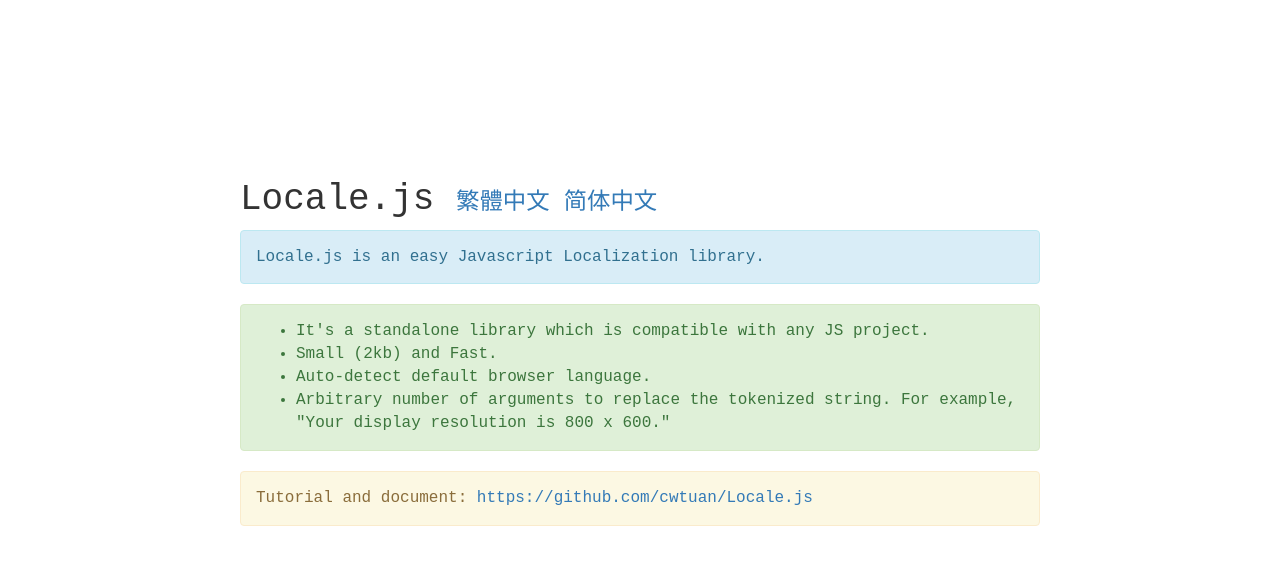
Repository: cwtuan/Locale.js
Page: example/index.html
The author's editor kept a record of every edit. The page is drawn from the files as they stood at one moment, then again after the next edit.
The browser window is 1280 px wide. The pictures show the whole page.
Some web libraries are served in a nearby version.

Above is the page before.

### example/index.html
<!DOCTYPE html>
<html>
<title>Locale.js Demo</title>

<head>
    <meta http-equiv="Content-Type" content="text/html; charset=utf-8">

    <link href="css/demo.css" rel="stylesheet" type="text/css">
    <link href="//cdnjs.cloudflare.com/ajax/libs/twitter-bootstrap/3.2.0/css/bootstrap.min.css" rel="stylesheet" type="text/css">

    <!--<script src="../dist/locale.min.js"></script>-->
    <script src="../locale.js"></script>
    <script src="js/demo.js"></script>

    <script type="text/javascript">
        Locale.setLanguageUrls(['langs/lang_en_US.txt', 'langs/lang_zh_TW.txt', 'langs/lang_zh_TW.txt']);
        window.onload = function() {
            demo(); // defined in demo.js
        };
    </script>
</head>

<body>

    <div id="main">
        <h1>Locale.js
            <small>

               <a href="#" onClick="demo('zh_TW');">繁體中文</a>
               <a href="#" onClick="demo('zh_CN');">简体中文</a>

            </small>
        </h1>

        <div id="content" style="display:none">
            <div id="firstElement" class="alert alert-info"></div>
            <div id="sencodElement" class="alert alert-success"></div>
            <div id="thirdElement" class="alert alert-warning"></div>
        </div>




    </div>

    <div id="loadingMask" style="display:none">
        <img src="images/loading.gif" />
    </div>

</body>

</html>

### example/css/demo.css
#main {
	font-size: 16px;
	width: 800px;
	height: 400px;
	position: absolute;
	left: 50%;
	top: 50%;
	margin-top: -200px;
	margin-left: -400px;
	font-family: Monospace, "Times New Roman", Times, serif;
}

### locale.js
/*
@author Tony Tuan <dmitrychleck@gmail.com>
@url https://github.com/chleck/locale-js

Licensed under the Apache License, Version 2.0 (the "License");
you may not use this file except in compliance with the License.
You may obtain a copy of the License at

    http://www.apache.org/licenses/LICENSE-2.0

Unless required by applicable law or agreed to in writing, software
distributed under the License is distributed on an "AS IS" BASIS,
WITHOUT WARRANTIES OR CONDITIONS OF ANY KIND, either express or implied.
See the License for the specific language governing permissions and
limitations under the License.
*/


var Locale = (function() {
	"use strict";

	var Module = {
		setLanguageUrls: setLanguageUrls,
		getMsg: getMsg,

		setCurrentLanguage: setCurrentLanguage,
		// save language in cookie
		saveLanguage: saveLanguage,
		getCurrentLanguage: getCurrentLanguage,
		hasKey: hasKey,
		loadSync: loadSync,
		loadAsync: loadAsync
	};

	function setLanguageUrls(langUrls) {
		this.langUrls = langUrls;
	}

	function getMsg(key) {
		var args, i;

		if (this.map[key]) {
			args = [];
			if (arguments.length == 1) {
				return this.map[key];
			}
			else { // >1
				for (i = 1; i < arguments.length; i++) {
					args.push(arguments[i]);
				}
				return this.map[key].replace(/\{(\d+)\}/g, function(m, i) {
					return args[i];
				});
			}
		}
		return key + '.UNDEFINED';
		// return this.map[key] ? this.map[key] : key + '.undefined';
	}

	function setCurrentLanguage(lang) {
		this.currentLang = lang;
	}

	function getCurrentLanguage() {
		// 0. setCurrentLanguage() 1.url param 2. cookies 3. _guessLanguage 4. default (the first lang)
		var language = this.currentLang || _getQueryParam(location.search, 'lang') || _getCookie('lang') || _guessLanguage();
		return _formatLang(language);
	}

	function saveLanguage(lang) {
		_setCookie('lang', lang);
	}

	function hasKey(key) {
		return this.map[key] !== null;
	}

	function loadSync() {
		_load.call(this, false);
	}

	function loadAsync(callback) {
		_load.call(this, true, callback);
	}

	function _load(async, callback) {
		var me = this,
			xmlhttp,
			lines,
			i,
			first,
			key,
			value,
			lang,
			selectedLangUrl,
			len;
		this.map = {};

		if (!this.langUrls) {
			console.error('You should call setLanguageUrls() before loading lagnuage file.');
		}

		if (window.XMLHttpRequest) {
			// for IE7+, Firefox, Chrome, Opera, Safari
			xmlhttp = new XMLHttpRequest();
		}
		else {
			// for IE6, IE5
			xmlhttp = new ActiveXObject("Microsoft.XMLHTTP");
		}
		xmlhttp.onreadystatechange = function() {
			if (xmlhttp.readyState == 4 && xmlhttp.status == 200) {
				lines = xmlhttp.responseText.split(/\r\n|\r|\n/g);
				for (i = 0; i < lines.length; ++i) {
					first = lines[i].indexOf('=');
					key = lines[i].substr(0, first);
					value = lines[i].substr(first + 1);
					if (key && value) {
						value = value.replace(/\r/g, '').replace(/\n/g, '');
						me.map[key] = value;
					}
				}

				if (async) {
					callback();
				}
			}

		};
		// Preventing Open Redirection Attacks
		lang = getCurrentLanguage.call(this);
		for (i = 0, len = this.langUrls.length; i < len; i++) {
			if (this.langUrls[i].indexOf(lang) !== -1) {
				selectedLangUrl = this.langUrls[i];
				break;
			}
		}
		// if preferred language is not listed in langUrls, just use the first one
		selectedLangUrl = selectedLangUrl || me.langUrls[0];
		xmlhttp.open("GET", selectedLangUrl + '?' + _getRandParam(), async);
		xmlhttp.send();
	}

	function _setCookie(name, value) {
		document.cookie = name + "=" + encodeURIComponent(value);
	}

	function _getCookie(name) {
		var arg = name + "=",
			i = 0,
			j = 0,
			nameIndex;
		while (i < document.cookie.length) {
			j = i + arg.length;
			if (document.cookie.substring(i, j) === arg) {
				return _getCookieVal.call(this, j);
			}
			nameIndex = document.cookie.indexOf(" ", i);
			if (nameIndex === -1) {
				return null;
			}
			i = 1 + nameIndex;
		}
		return null;
	}

	function _getCookieVal(offset) {
		var endstr = document.cookie.indexOf(";", offset);
		if (endstr == -1) {
			endstr = document.cookie.length;
		}
		return encodeURIComponent(document.cookie.substring(offset, endstr));
	}



	function _guessLanguage() {
		return (navigator.language || navigator.browserLanguage || navigator.userLanguage);
	}

	function _getRandParam() {
		return '_rand=' + (new Date()).getTime();
	}

	function _formatLang(lang) {
		lang = lang.split('_');
		if (lang.length == 1) {
			lang = lang[0].split('-');
		}
		return lang[0].toLowerCase() + '_' + lang[1].toUpperCase();
	}

	function _getQueryParam(queryString, target) {
		var params, i, param;
		queryString = location.search.split('?')[1];
		if (queryString) {
			params = queryString.split('&');
			if (params) {
				for (i = 0; i < params.length; ++i) {
					param = params[i].split('=');
					if (param[0] === target) return param[1];
				}
			}
		}
		return null;
	}

	return Module;

})();

### example/js/demo.js
function demo(lang) {
    var content = document.getElementById('content'),
        firstElement = document.getElementById('firstElement'),
        sencodElement = document.getElementById('sencodElement'),
        loadingMask = document.getElementById('loadingMask');

    content.style.display = "none";
    loadingMask.style.display = "block";

    if (lang) {
        Locale.setCurrentLanguage(lang);
    }
    else {
        console.info('if lang is not specified, Locale.js will auto detect the browser perference.');
    }

    Locale.loadAsync(function() {
        content.style.display = "block";
        loadingMask.style.display = "none";

        firstElement.innerHTML = Locale.getMsg('introudction');
        sencodElement.innerHTML = '<ul>' +
            '<li>' + Locale.getMsg('feature1') + '</li>' +
            '<li>' + Locale.getMsg('feature2') + '</li>' +
            '<li>' + Locale.getMsg('feature3') + '</li>' +
            '<li>' + Locale.getMsg('feature4', screen.width, screen.height) + '</li>' +
            '</ul>';
        thirdElement.innerHTML = Locale.getMsg('moreInfo', 'https://github.com/cwtuan/Locale.js');

    });

}

After the next edit:
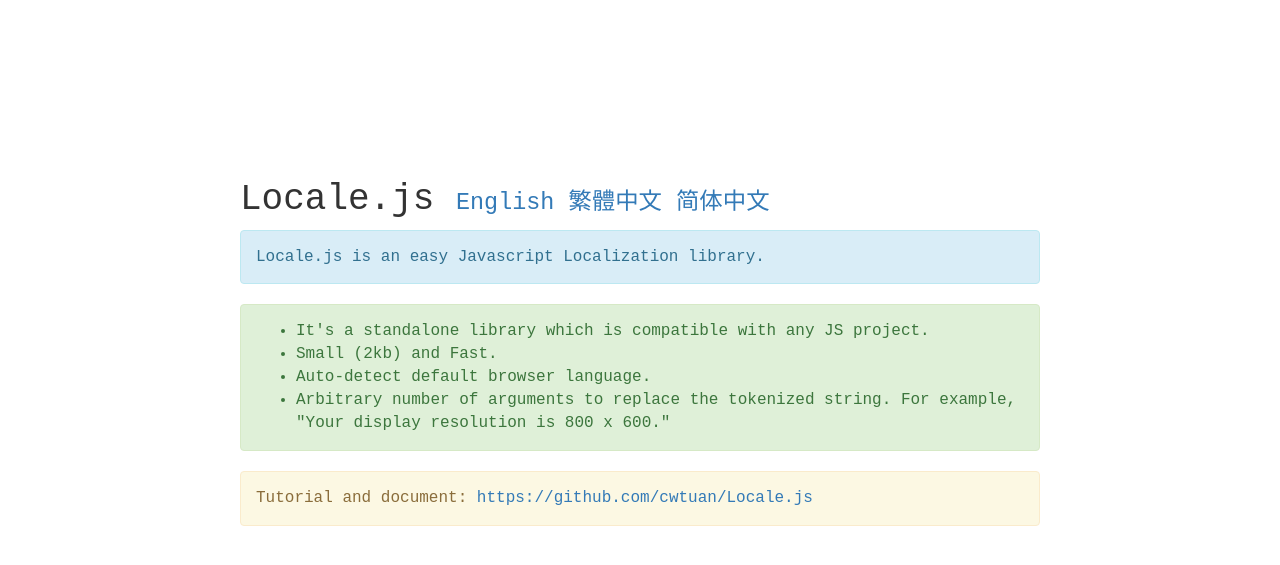
The edit:
--- a/example/index.html
+++ b/example/index.html
@@ -25,7 +25,7 @@
     <div id="main">
         <h1>Locale.js
             <small>
-
+               <a href="#" onClick="demo('en_US');">English</a>
                <a href="#" onClick="demo('zh_TW');">繁體中文</a>
                <a href="#" onClick="demo('zh_CN');">简体中文</a>
 
